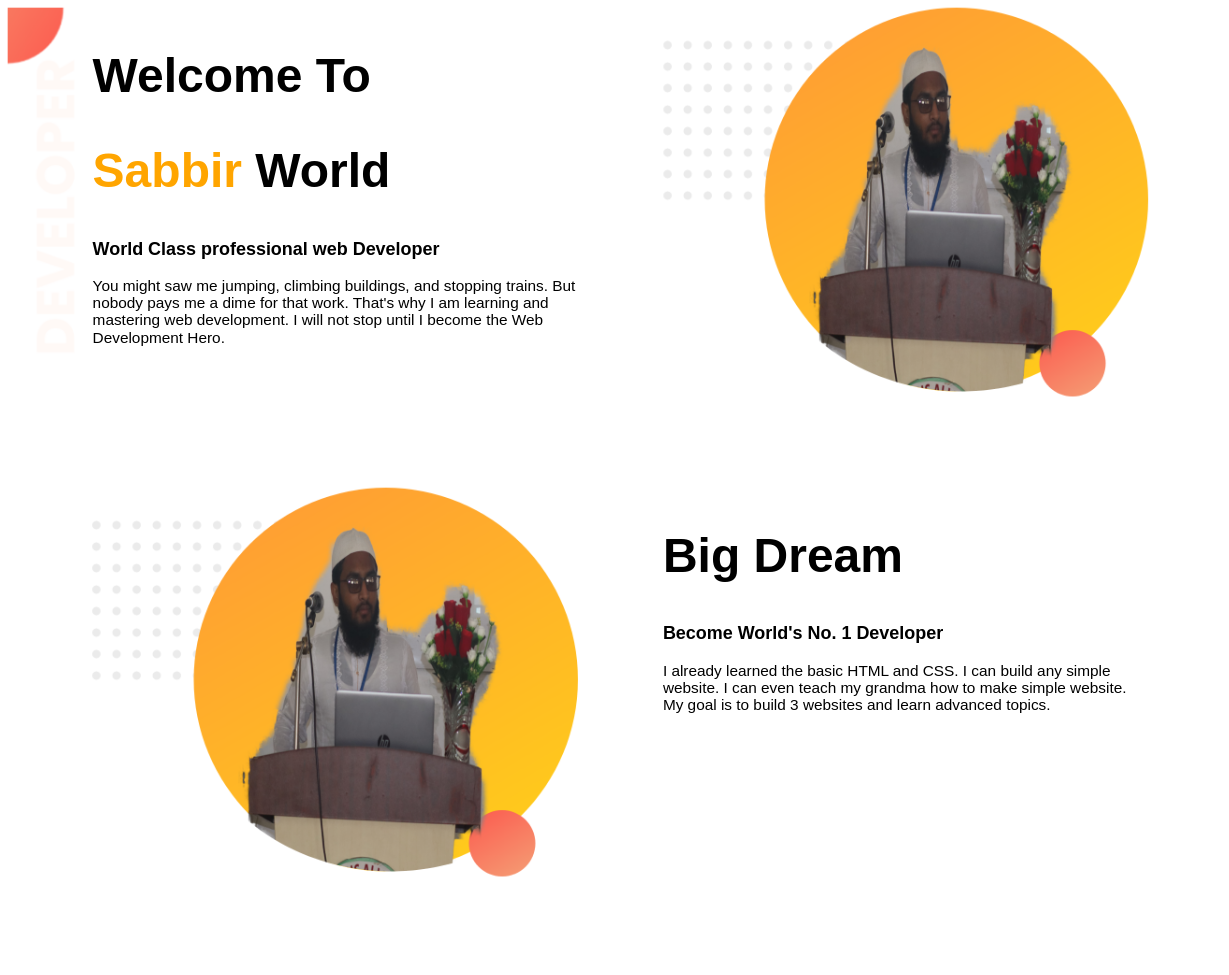
Repository: sabbircse3/web-protfolio
Page: index.html
An editor plug-in stored every save of this project. The page is shown before and after a run of saves, followed by the edit.
The browser window is 1280 px wide. The pictures show the whole page, at 96% of full size.

Above is the page before, as saved 2021-01-04 09:58:21.

### index.html
<!DOCTYPE html>
<html lang="en">
<head>
    <meta charset="UTF-8">
    <meta name="viewport" content="width=device-width, initial-scale=1.0">
    <title>Sabbir web-portfolio</title>
    <link rel="preconnect" href="https://fonts.gstatic.com">
    <link href="https://fonts.googleapis.com/css2?family=Montserrat&display=swap" rel="stylesheet">
    <link rel="stylesheet" href="style.css">
</head>
<body>
    <section class="top-banner">
        <div class="half-width">
            <h1>Welcome To</h1>
            <h1> <span class="name-highlight">Sabbir</span> World</h1>
            <h3>World Class professional web Developer</h3>
            <p>You might saw me jumping, climbing buildings, and stopping trains. But nobody pays me a dime for that work. That's why I am learning and mastering web development. I will not stop until I become the Web Development Hero.</p>
        </div>
        <div class="half-width">
            <img src="images/sabbir1.png" alt="">
        </div>
    </section>

    <section>
        <div class="half-width">
            <img src="images/sabbir1.png" alt="">
        </div>
        <div class="half-width">
            <h1> Big Dream</h1>
            <h3>Become World's No. 1 Developer</h3>
            <p>I already learned the basic HTML and CSS. I can build any simple website. I can even teach my grandma how to make simple website. My goal is to build 3 websites and learn advanced topics.</p>
        </div>

    </section>

</body>
</html>

### style.css
body{
    font-family: sans-serif;

}
h1{
    font-size: 50px;
}
.name-highlight{
    color: orange;
}
.half-width{
    width: 40%;
    float: left;
    margin-left: 5%;
    padding-left: 2%;
}
.half-width img{
    width: 100%;
}
.top-banner{
    background-image: url("images/top-banner.png");
    background-repeat: no-repeat;
}
section{
    height: 500px;
}

After the next 5 saves:
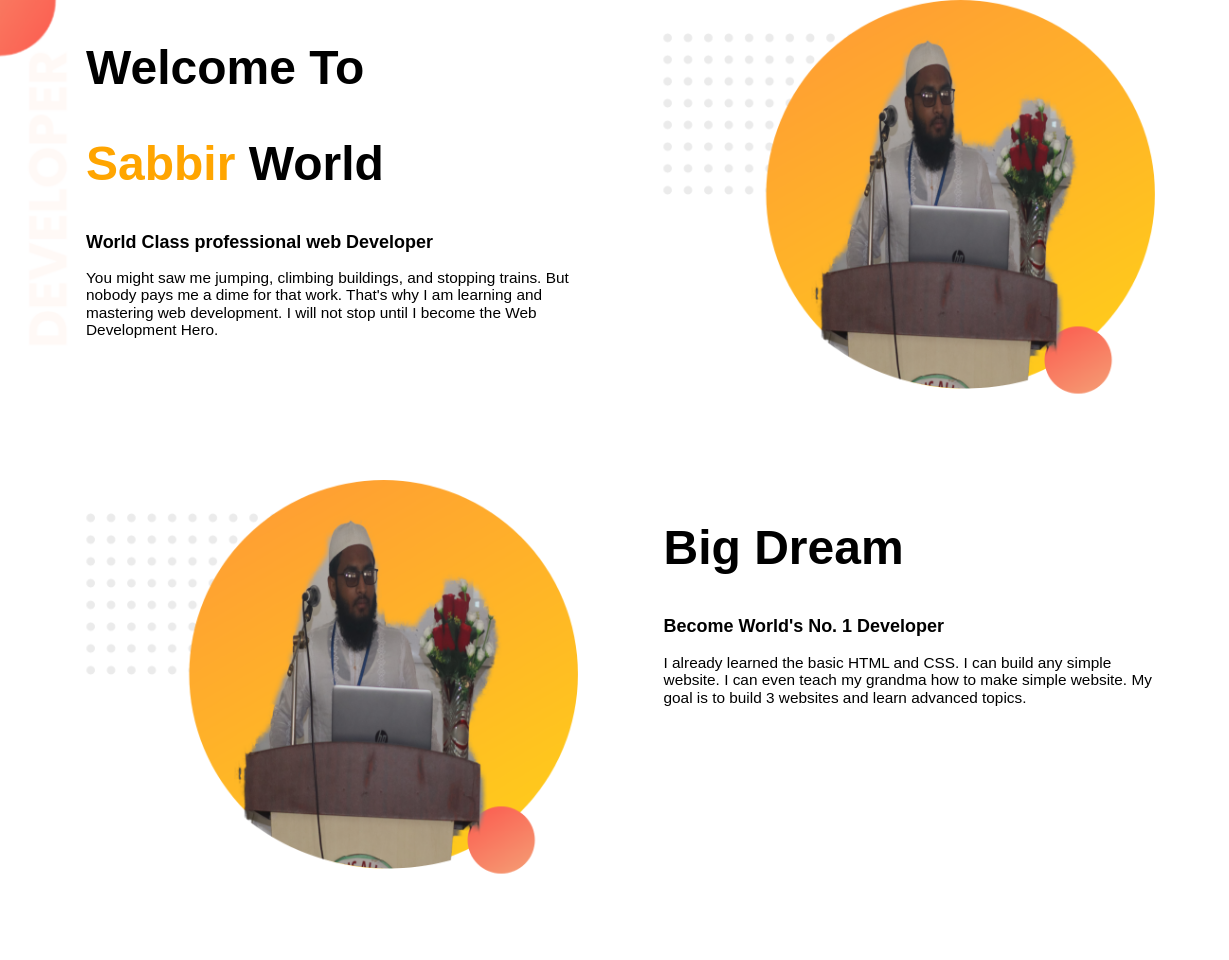
The 5 saves are shown as one change because they came seconds apart.
The last was saved 13 s later.
--- a/style.css
+++ b/style.css
@@ -1,6 +1,6 @@
 body{
     font-family: sans-serif;
-
+    margin: 0px;
 }
 h1{
     font-size: 50px;
